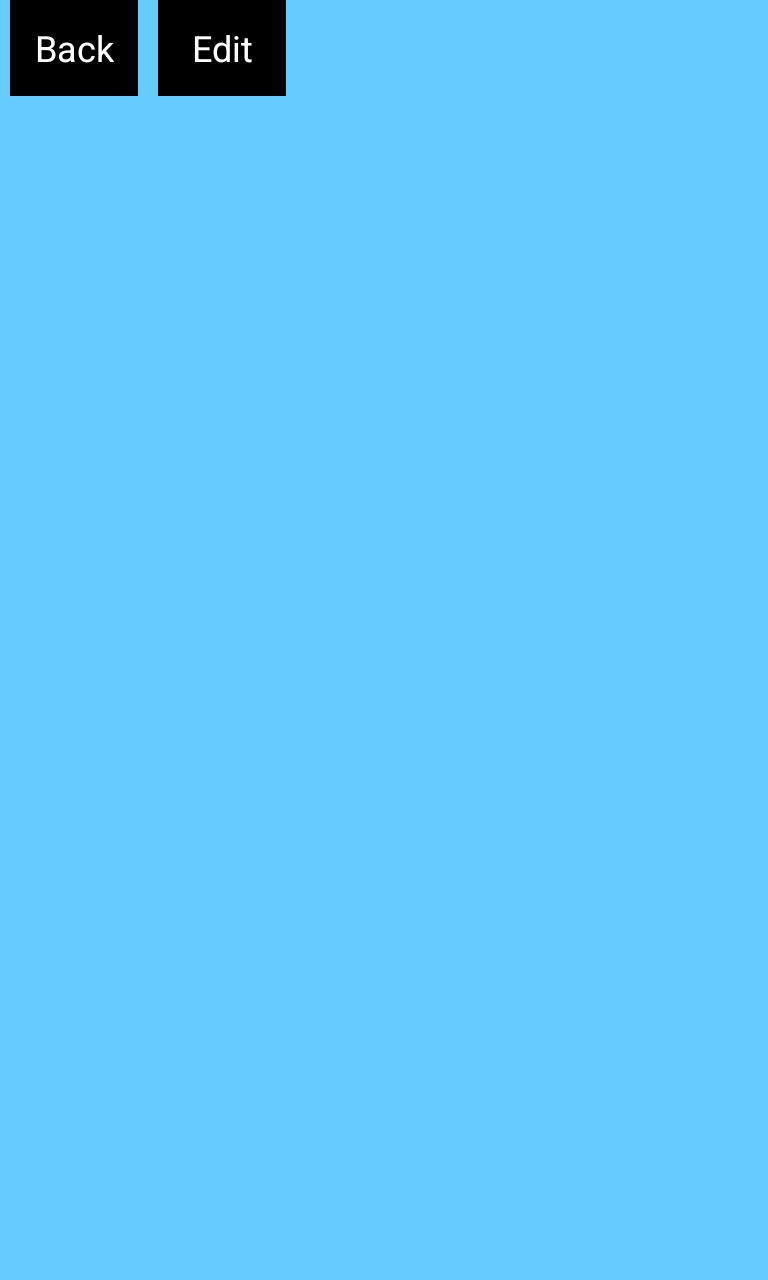
Repository: Ollyder/eclipse_work
Layout: TableLayout/res/layout/title.xml
An editor plug-in stored every save of this project. The layout is shown before and after the next save, followed by the edit.
It is drawn on a 768 x 1280 px phone screen (xhdpi) without system bars, with theme AppTheme; the app's code is not run.

Above is the layout before, as saved 2017-05-28 05:26:02.

After the next save:
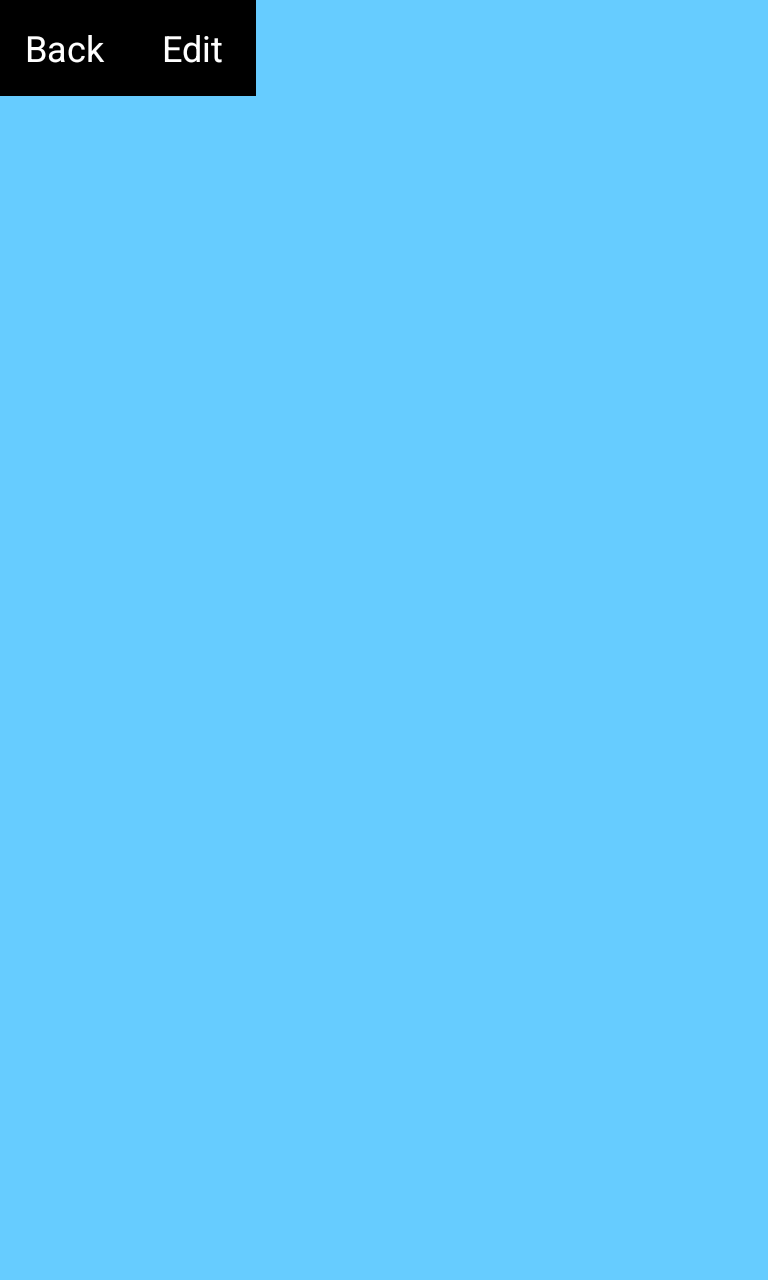
Saved 13 s later.
--- a/TableLayout/res/layout/title.xml
+++ b/TableLayout/res/layout/title.xml
@@ -11,7 +11,7 @@
         android:layout_width="wrap_content"
         android:layout_height="wrap_content"
         android:layout_gravity="left"
-        android:layout_margin="5dip"
+
         android:background="#000000"
         android:textColor="#ffffff"
         android:text="Back" />
@@ -30,7 +30,7 @@
         android:id="@+id/title_button2"
         android:layout_width="wrap_content"
         android:layout_height="wrap_content"
-        android:layout_margin="5dip"
+
         android:background="#000000"
         android:text="Edit"
         android:layout_gravity="right"
